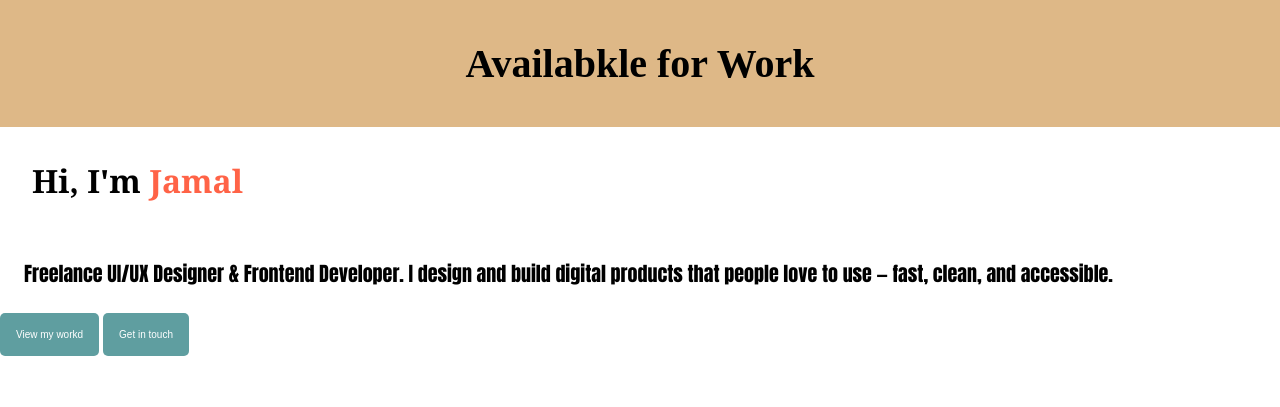
Repository: jamalissef-glitch/exercise1-JS
Page: Exercise33/index.html
An editor plug-in stored every save of this project. The page is shown before and after the next save, followed by the edit.
The browser window is 1280 px wide. The pictures show the whole page.

Above is the page before, as saved 2026-07-14 17:45:10.

### Exercise33/index.html
<!DOCTYPE html>
<html lang="en">

<head>
 <meta charset="UTF-8">
 <meta name="viewport" content="width=device-width, initial-scale=1.0">
 <title>DOM</title>
</head>

<style>
 * {
  padding: 0;
  margin: 0;
  box-sizing: border-box;
 }

 h3 {
  background-color: burlywood;
  padding: 2.5rem;
  text-align: center;
  font-size: 2.5rem;
  font-weight: bold;
 }

 #head {
  padding: 2rem;
  font-family: Georgia, 'Times New Roman', Times, serif;
  font-size: 2rem;
 }

 #head em {
  color: tomato;
  font-style: normal;
  font-weight: bold;
 }

 .desc {
  padding: 1.5rem;
  align-items: center;
  font-size: 20px;
  font-family: Impact, Haettenschweiler, 'Arial Narrow Bold', sans-serif;
 }

 button {

  padding: 1rem;
  background-color: cadetblue;
  border: none;
  border-radius: 5px;
  color: #fff;
  font-size: 10px;
 }
</style>

<body>

 <h3>Availabkle for Work</h3>
 <h1 id="head">Hi, I'm <em>Jamal</em></h1>
 <p class="desc">Freelance UI/UX Designer & Frontend Developer. I design and build digital products that people love to
  use — fast,
  clean, and accessible.</p>

 <button>View my workd</button>
 <button>Get in touch</button>


</body>

</html>

After the next save:
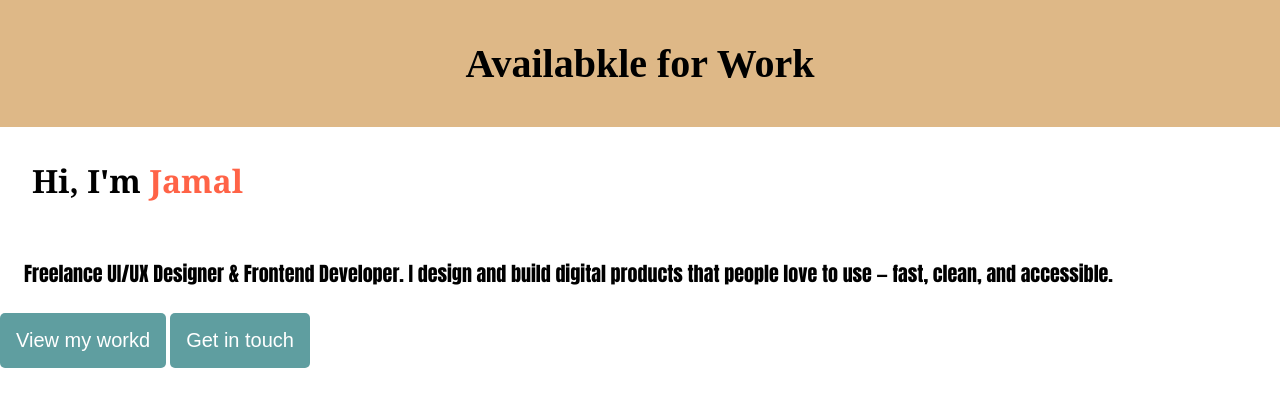
Saved 4 s later.
--- a/Exercise33/index.html
+++ b/Exercise33/index.html
@@ -48,7 +48,7 @@
   border: none;
   border-radius: 5px;
   color: #fff;
-  font-size: 10px;
+  font-size: 20px;
  }
 </style>
 
